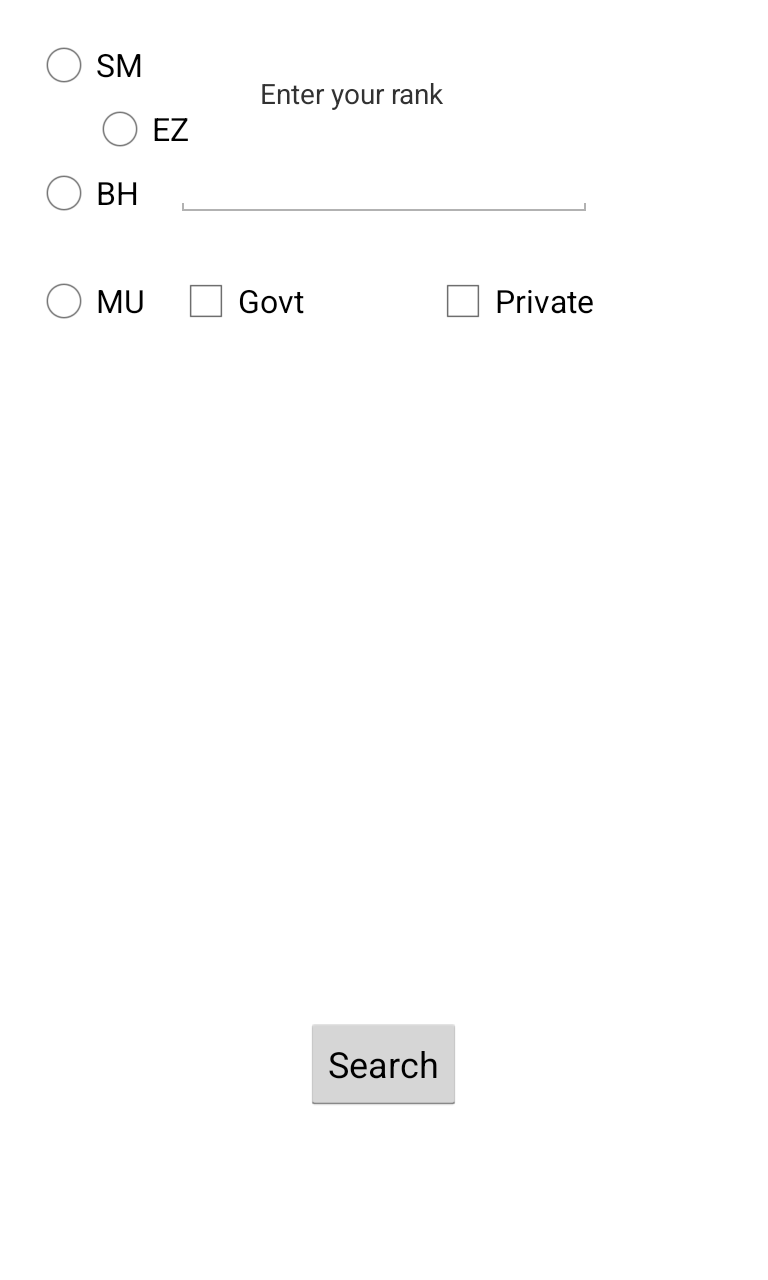
Repository: sandeepsas/Keam360
Layout: KEAM360/res/layout/activity_main.xml
These files come from the project's save history. The layout is drawn as it stood at one moment and after the next save; the edit follows.
It is drawn on a 768 x 1280 px phone screen (xhdpi) without system bars, with theme AppTheme; the app's code is not run.

Above is the layout before, as saved 2015-08-02 18:24:23.

After the next save:
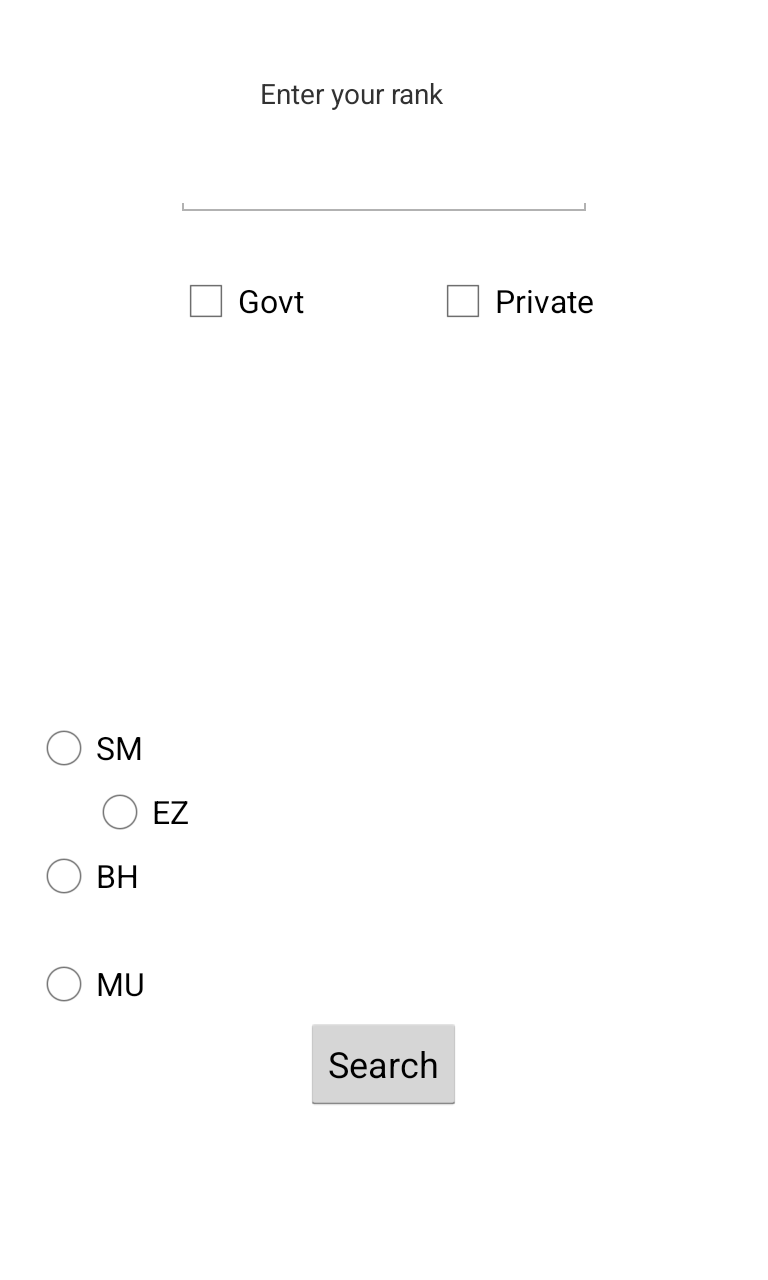
Saved 23 s later.
--- a/KEAM360/res/layout/activity_main.xml
+++ b/KEAM360/res/layout/activity_main.xml
@@ -49,44 +49,7 @@
         android:layout_width="wrap_content"
         android:layout_height="wrap_content"
         android:layout_alignBottom="@+id/checkBox2"
-        android:orientation="vertical" >
-
-        <RadioGroup
-            android:layout_width="wrap_content"
-            android:layout_height="wrap_content" >
-
-            <RadioButton
-                android:id="@+id/radioButton1"
-                android:layout_width="wrap_content"
-                android:layout_height="wrap_content"
-                android:layout_alignLeft="@+id/checkBox1"
-                android:layout_centerVertical="true"
-                android:text="SM" />
-
-            <RadioButton
-                android:id="@+id/RadioButton02"
-                android:layout_width="wrap_content"
-                android:layout_height="wrap_content"
-                android:layout_marginLeft="28dp"
-                android:text="EZ" />
-
-            <RadioButton
-                android:id="@+id/RadioButton01"
-                android:layout_width="wrap_content"
-                android:layout_height="wrap_content"
-                android:layout_centerVertical="true"
-                android:layout_toLeftOf="@+id/checkBox2"
-                android:text="BH" />
-
-            <RadioButton
-                android:id="@+id/RadioButton03"
-                android:layout_width="wrap_content"
-                android:layout_height="wrap_content"
-                android:layout_alignRight="@+id/textView1"
-                android:layout_below="@+id/RadioButton01"
-                android:layout_marginTop="22dp"
-                android:text="MU" />
-        </RadioGroup>
+        android:orientation="horizontal" >
     </LinearLayout>
 
     <Button
@@ -98,4 +61,43 @@
         android:layout_marginBottom="68dp"
         android:text="Search" />
 
+    <RadioGroup
+        android:layout_width="wrap_content"
+        android:layout_height="wrap_content"
+        android:layout_above="@+id/button1"
+        android:layout_alignParentLeft="true" >
+
+        <RadioButton
+            android:id="@+id/radioButton1"
+            android:layout_width="wrap_content"
+            android:layout_height="wrap_content"
+            android:layout_alignLeft="@+id/checkBox1"
+            android:layout_centerVertical="true"
+            android:text="SM" />
+
+        <RadioButton
+            android:id="@+id/RadioButton02"
+            android:layout_width="wrap_content"
+            android:layout_height="wrap_content"
+            android:layout_marginLeft="28dp"
+            android:text="EZ" />
+
+        <RadioButton
+            android:id="@+id/RadioButton01"
+            android:layout_width="wrap_content"
+            android:layout_height="wrap_content"
+            android:layout_centerVertical="true"
+            android:layout_toLeftOf="@+id/checkBox2"
+            android:text="BH" />
+
+        <RadioButton
+            android:id="@+id/RadioButton03"
+            android:layout_width="wrap_content"
+            android:layout_height="wrap_content"
+            android:layout_alignRight="@+id/textView1"
+            android:layout_below="@+id/RadioButton01"
+            android:layout_marginTop="22dp"
+            android:text="MU" />
+    </RadioGroup>
+
 </RelativeLayout>
